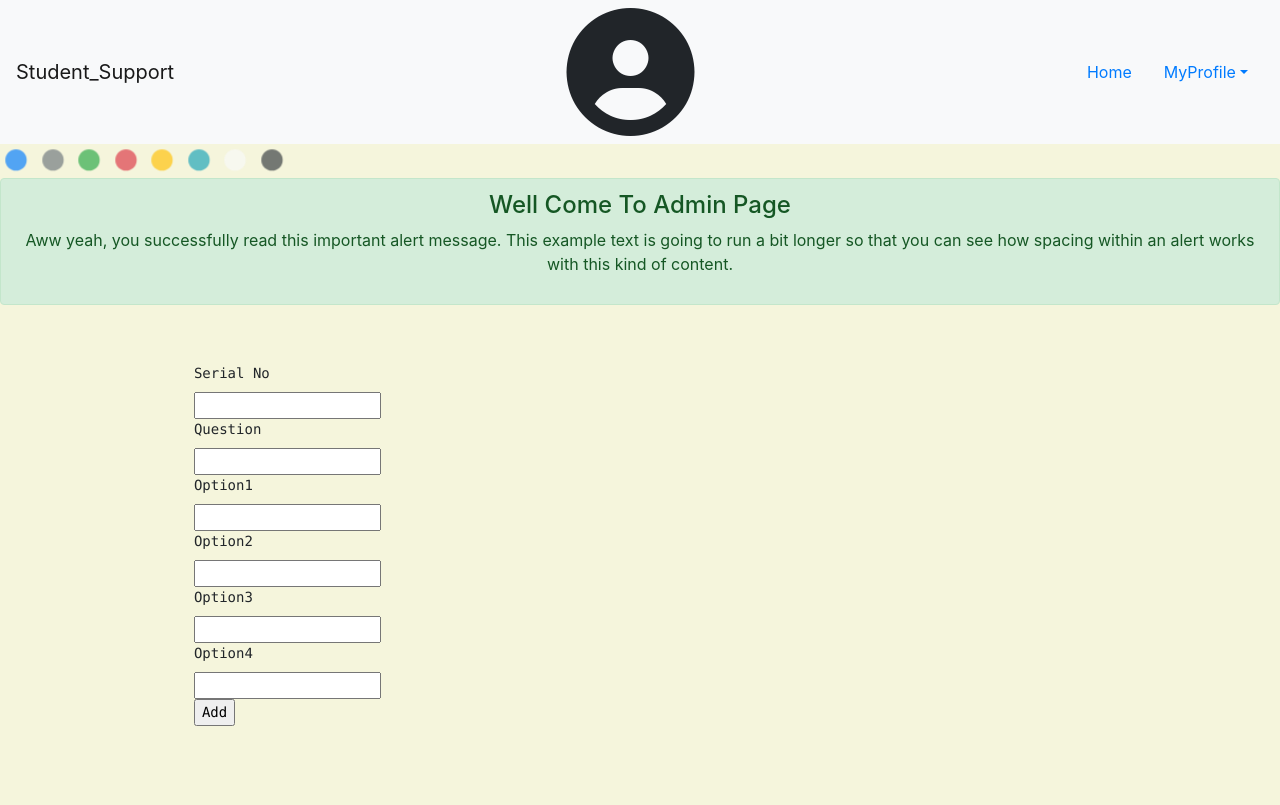
Repository: FeelHack/STUDENT-EXAMINATION-SYSTEM
Page: http://localhost/Exam_System/Admin/Math.jsp
An editor plug-in stored every save of this project. The page is shown before and after the next save, followed by the edit.
The browser window is 1280 px wide. The pictures show the whole page.
Some web libraries are served in a nearby version. The page is served by Tomcat 9. Other server files are loaded and not shown.

Above is the page before, as saved 2020-03-10 17:28:35.

### Exam System/WebContent/Admin/Math.jsp
<%@ page language="java" contentType="text/html; charset=UTF-8"
    pageEncoding="UTF-8"%>

 <!doctype html>
<html lang="en">
  <head>

    <meta charset="utf-8">
    <meta name="viewport" content="width=device-width, initial-scale=1, shrink-to-fit=no">

    <!-- Bootstrap CSS -->
    <link rel="stylesheet" href="https://stackpath.bootstrapcdn.com/bootstrap/4.4.1/css/bootstrap.min.css" integrity="sha384-Vkoo8x4CGsO3+Hhxv8T/Q5PaXtkKtu6ug5TOeNV6gBiFeWPGFN9MuhOf23Q9Ifjh" crossorigin="anonymous">
    <!-- Optional JavaScript -->
    <!-- jQuery first, then Popper.js, then Bootstrap JS -->
    <script src="https://code.jquery.com/jquery-3.4.1.slim.min.js" integrity="sha384-J6qa4849blE2+poT4WnyKhv5vZF5SrPo0iEjwBvKU7imGFAV0wwj1yYfoRSJoZ+n" crossorigin="anonymous"></script>
    <script src="https://cdn.jsdelivr.net/npm/popper.js@1.16.0/dist/umd/popper.min.js" integrity="sha384-Q6E9RHvbIyZFJoft+2mJbHaEWldlvI9IOYy5n3zV9zzTtmI3UksdQRVvoxMfooAo" crossorigin="anonymous"></script>
    <script src="https://stackpath.bootstrapcdn.com/bootstrap/4.4.1/js/bootstrap.min.js" integrity="sha384-wfSDF2E50Y2D1uUdj0O3uMBJnjuUD4Ih7YwaYd1iqfktj0Uod8GCExl3Og8ifwB6" crossorigin="anonymous"></script>
    <script src="https://kit.fontawesome.com/1737af4a09.js" crossorigin="anonymous"></script>

  </head>


  <body style="background-color: beige;">
    <nav id="navbar-example2" class="navbar navbar-light bg-light">
        <a class="navbar-brand" href="admin.jsp">Student_Support</a>

        <i class="fas fa-user-circle fa-8x" style="text-align: center;"></i>
        <ul class="nav nav-pills">
          <li class="nav-item">
            <a class="nav-link" href="admin.jsp">Home</a>
          </li>
          <li class="nav-item dropdown">
            <a class="nav-link dropdown-toggle" data-toggle="dropdown" href="#" role="button" aria-haspopup="true" aria-expanded="false">MyProfile</a>
            <div class="dropdown-menu">
              <a class="dropdown-item" href="#one">View Profile</a>
              <a class="dropdown-item" href="#two">Edit My Profile</a>
              <div role="separator" class="dropdown-divider"></div>
              <a class="dropdown-item" href="../logout.jsp">Signout</a>
            </div>
          </li>
        </ul>
      </nav>


      <div class="spinner-grow text-primary" role="status">
        <span class="sr-only">Loading...</span>
      </div>
      <div class="spinner-grow text-secondary" role="status">
        <span class="sr-only">Loading...</span>
      </div>
      <div class="spinner-grow text-success" role="status">
        <span class="sr-only">Loading...</span>
      </div>
      <div class="spinner-grow text-danger" role="status">
        <span class="sr-only">Loading...</span>
      </div>
      <div class="spinner-grow text-warning" role="status">
        <span class="sr-only">Loading...</span>
      </div>
      <div class="spinner-grow text-info" role="status">
        <span class="sr-only">Loading...</span>
      </div>
      <div class="spinner-grow text-light" role="status">
        <span class="sr-only">Loading...</span>
      </div>
      <div class="spinner-grow text-dark" role="status">
        <span class="sr-only">Loading...</span>
      </div>

  </div>
      </div>
      <div class="alert alert-success" role="alert" style="text-align: center;">
        <h4 class="alert-heading">Well Come To Admin Page</h4>
        <p>Aww yeah, you successfully read this important alert message. This example text is going to run a bit longer so that you can see how spacing within an alert works with this kind of content.</p>
      </div>



           <pre>
                 <form action="com.controller.QuestionAdd" method="post">
                       <label>Serial No</label>
                       <input type="text" name="Sl">
                       <label>Question</label>
                       <input type="text" name="Question">
                       <label>Option1</label>
                       <input type="text" name="1">
                       <label>Option2</label>
                       <input type="text" name="2">
                       <label>Option3</label>
                       <input type="text" name="3">
                       <label>Option4</label>
                       <input type="text" name="4">
                       <input type="submit" value="Add">
                 </form>
           </pre>


      </body>
      </html>

After the next save:
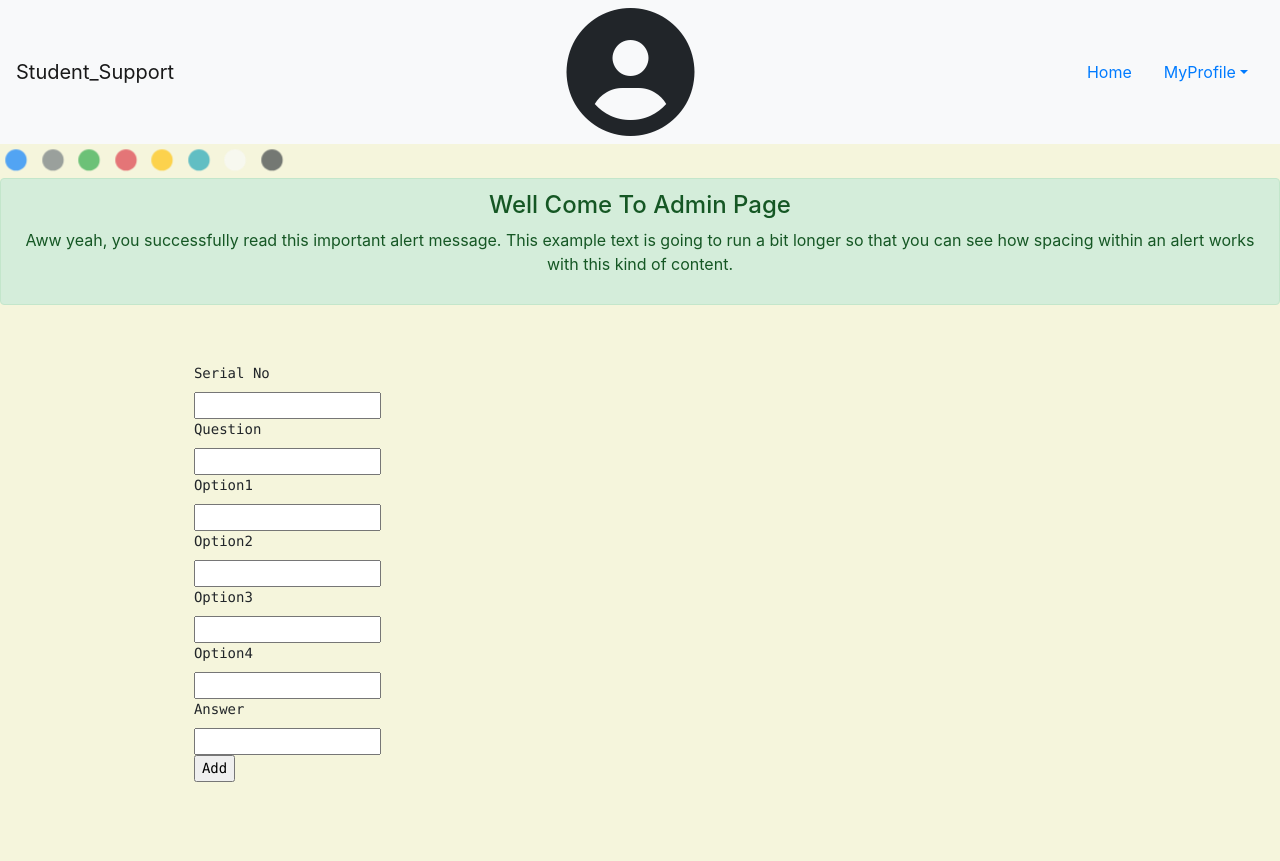
Saved 33 s later.
--- a/Exam System/WebContent/Admin/Math.jsp
+++ b/Exam System/WebContent/Admin/Math.jsp
@@ -90,6 +90,8 @@
                        <input type="text" name="3">
                        <label>Option4</label>
                        <input type="text" name="4">
+                       <label>Answer</label>
+                       <input type="text" name="Question">
                        <input type="submit" value="Add">
                  </form>
            </pre>
